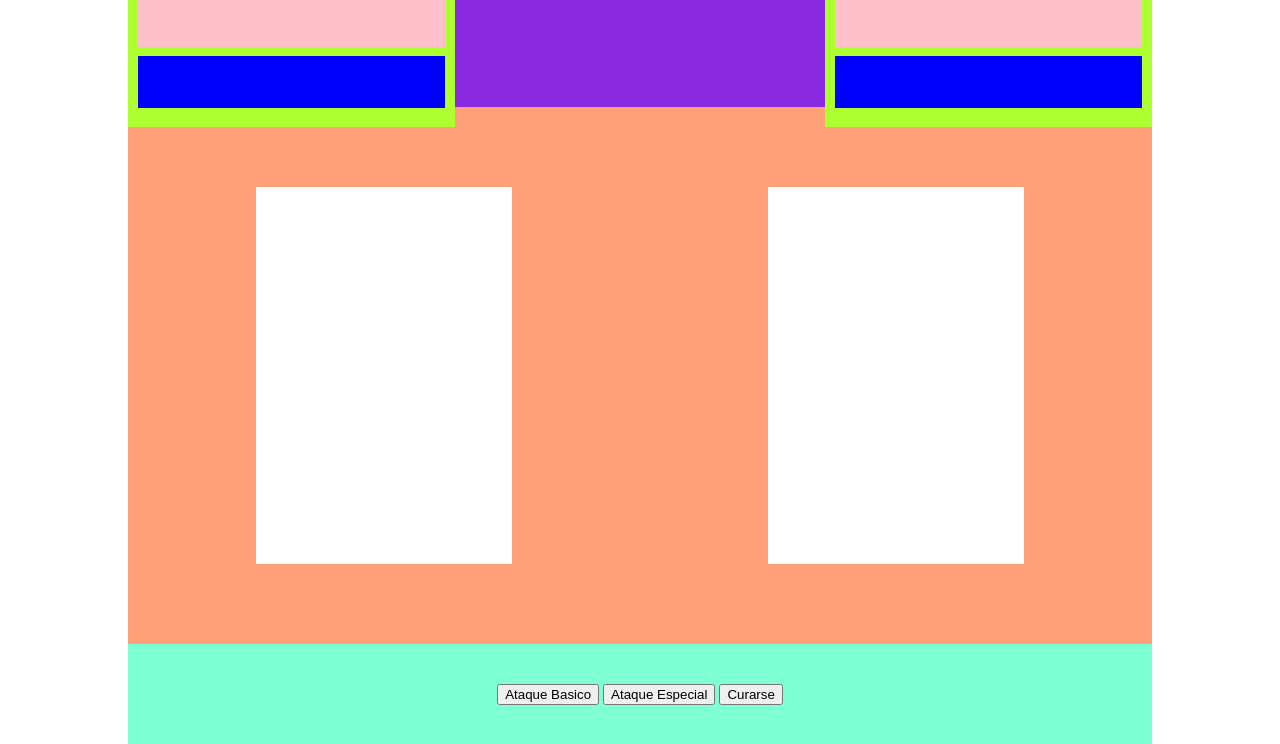
Repository: NovaDuel/novaduel-game
Page: index.html
An editor plug-in stored every save of this project. The page is shown before and after the next save, followed by the edit.
The browser window is 1280 px wide. The pictures show the whole page.

Above is the page before, as saved 2024-03-25 12:27:48.

### index.html
<!DOCTYPE html>
<html lang="en">
<head>
    <meta charset="UTF-8">
    <meta name="viewport" content="width=device-width, initial-scale=1.0">
    <link rel="stylesheet" href="style.css">
    <script src="main.js" defer></script>
    <title>NovaDuel</title>
</head>
<body>
    <div id="main-container">
        <div id="status">
            <div class="bars-wrapper">
                <div id="health-player" class="health"></div>
                <div id="stamina-player" class="stamina"></div>
            </div>
            <div class="bars-wrapper">
                <div id="health-enemy" class="health"></div>
                <div id="stamina-enemy" class="stamina"></div>
            </div>
        </div>
        <div id="characters">
            <div id="player" class="pj"></div>
            <div id="enemy" class="pj"></div>
        </div>
        <div id="actions">
            <div id="buttons">
                <button id="basic-attack">Ataque Basico</button>
                <button id="special-attack">Ataque Especial</button>
                <button id="heal-action">Curarse</button>
            </div>
        </div>
    </div>
</body>
</html>

### style.css
body {
    margin: 0;
    padding: 0;
    height: 100vh;
    display: flex;
    align-items: center;
    justify-content: center;
}

#main-container {
    width: 1024px;
    height: 768px;
    background-color: aquamarine;
}

#status {
    display: flex;
    justify-content: space-between;
    width: 100%;
    height: 17%;
    background-color:blueviolet
}

.bars-wrapper {
    display: flex;
    flex-direction: column;
    justify-content: space-evenly;
    align-items: center;
    width: 30%;
    height: 100%;
    padding: 10px;
    background-color: greenyellow;
}

.health {
    width: 100%;
    height: 40%;
    background-color: pink;
}

.stamina {
    width: 100%;
    height: 40%;
    background-color: blue
}

#characters {
    display: flex;
    align-items: center;
    justify-content: space-around;
    width: 100%;
    height: 70%;
    background-color: lightsalmon;
}

.pj {
    height: 70%;
    width: 25%;
    background-color: white;
}

#actions {
    height: 13%;
    display: flex;
    align-items: center;
    justify-content: center;
}

### main.js
const $$ = selector => document.querySelector(selector);

function Player (health, stamina, strength) {
    this.health = health;
    this.stamina = stamina;
    this.strength = strength;
    this.attackPlayer = function() {
        return this.strength;
    },
    this.specialAttackPlayer = function() {
        if (this.stamina >= 10) {
            this.stamina -= 10;
            return this.strength + 10 * Math.round(Math.random() * 3);
        }
    },
    this.receiveDamage = function(damage) {
        this.health -= damage;
    }
    this.healing = function() {
        if (this.stamina >= 20) {
            this.stamina -= 20;
            this.health += 50;
        }
    }
}


function Enemy (health, stamina, strength) {
    this.health = health;
    this.stamina = stamina;
    this.strength = strength;
    this.attackEnemy = function() {
        return this.strength;
    },
    this.specialAttackEnemy = function() {
        if (this.stamina >= 10) {
            this.stamina -= 10;
            return this.strength + 10 * Math.round(Math.random() * 3);
        }
    },
    this.receiveDamage = function (damage) {
        this.health -= damage;
    },
    this.healing = function() {
        if (this.stamina >= 20) {
            this.stamina -= 20;
            this.health += 50;
        }
    }
}

function Game() {

}

let player = new Player(100, 100, 20);
let enemy = new Enemy(100, 100, 18);

let actionsArray = ['attack', 'special', 'heal'],
    randomAction = Math.floor(Math.random() * 3);


function actionsEnemy(action) {
    switch(action) {
        case 0:
            let enemyStrength = enemy.attackEnemy();
            player.receiveDamage(enemyStrength);
            break;
        case 1:
            let specialEnemyStrength = enemy.specialAttackEnemy();
            player.receiveDamage(specialEnemyStrength);
            break;
        case 2:
            enemy.healing();
            break;
    }
}


$$('#basic-attack').addEventListener('click', function() {
    let playerStrength = player.attackPlayer();
    enemy.receiveDamage(playerStrength);
    enemy.health
    setTimeout(actionsEnemy, 2000, randomAction);
})
$$('#special-attack').addEventListener('click', function() {
    let playerStrength = player.specialAttackPlayer();
    enemy.receiveDamage(playerStrength);
    setTimeout(actionsEnemy, 2000, randomAction);
})
$$('#heal-action').addEventListener('click', function() {
    player.healing();
    setTimeout(actionsEnemy, 2000, randomAction);
})

After the next save:
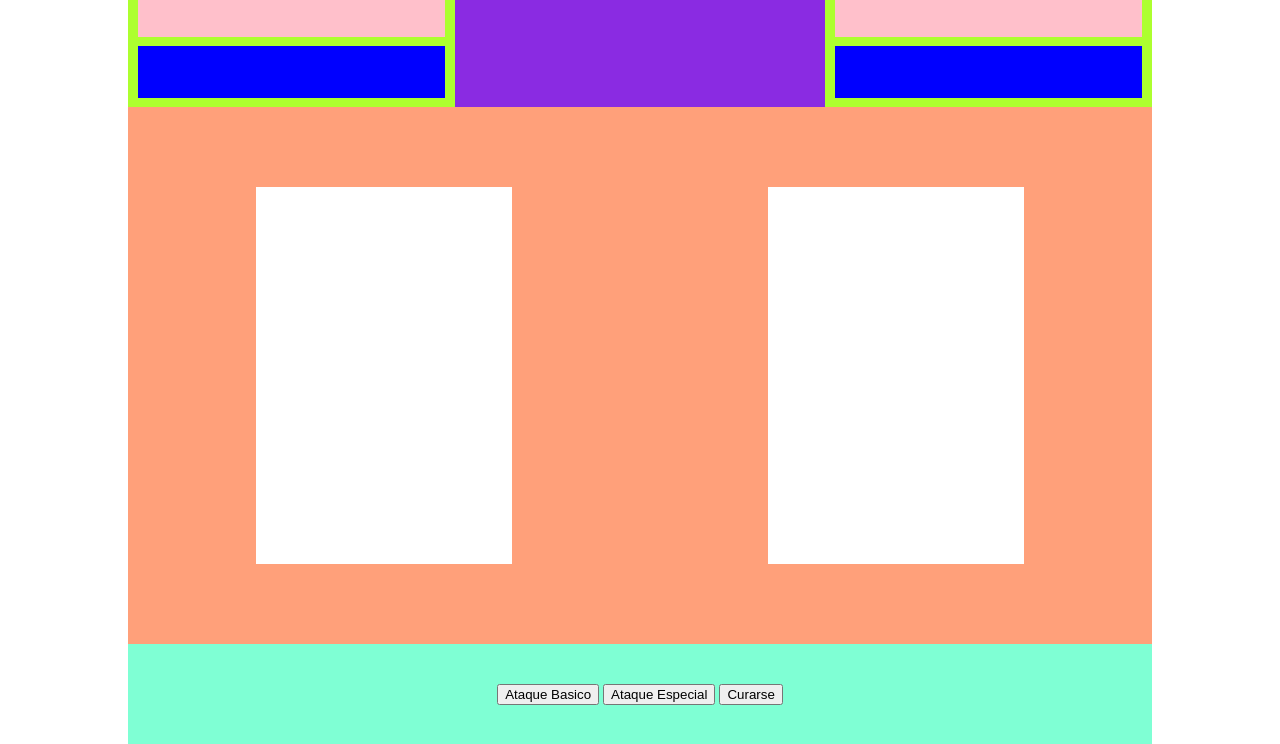
Saved 6 s later.
--- a/style.css
+++ b/style.css
@@ -28,7 +28,7 @@ body {
     align-items: center;
     width: 30%;
     height: 100%;
-    padding: 10px;
+    padding: 0 10px;
     background-color: greenyellow;
 }
 
